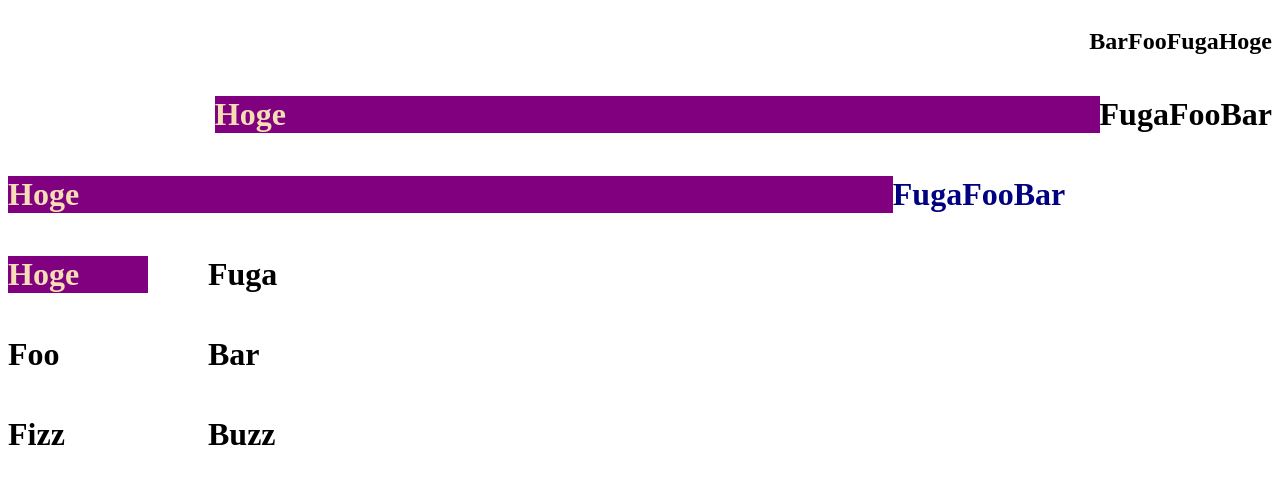
Repository: oubuzenmei/samurai_HTML-CSS
Page: index/images/hoge.html
The author's editor kept a record of every edit. The page is drawn from the files as they stood at one moment, then again after the next edit.
The browser window is 1280 px wide. The pictures show the whole page.

Above is the page before.

### index/images/hoge.html
<!DOCTYPE html>
<html lang="ja">
    <head>
        <style>
            h1:first-of-type {
                background-color: purple;
                color: wheat;
                width: 70%;
            }

            #flex-flow {
                display: flex;
                flex-flow: row-reverse wrap;
            }

            #flex-end {
                display: flex;
                justify-content: flex-end;
            }

            #stretch {
                display: flex;
                align-content: stretch;
                color: navy;
            }

            #grid {
                display: grid;
                grid-template-columns: 200px 200px;
            }
        </style>
    </head>
    <body>
        <div id="flex-flow">
            <h2>Hoge</h2>
            <h2>Fuga</h2>
            <h2>Foo</h2>
            <h2>Bar</h2>
        </div>

        <div id="flex-end">
            <h1>Hoge</h1>
            <h1>Fuga</h1>
            <h1>Foo</h1>
            <h1>Bar</h1>
        </div>

        <div id="stretch">
            <h1>Hoge</h1>
            <h1>Fuga</h1>
            <h1>Foo</h1>
            <h1>Bar</h1>
        </div>

        <div id="grid">
            <h1>Hoge</h1>
            <h1>Fuga</h1>
            <h1>Foo</h1>
            <h1>Bar</h1>
            <h1>Fizz</h1>
            <h1>Buzz</h1>
        </div>
    </body>
</html>

After the next edit:
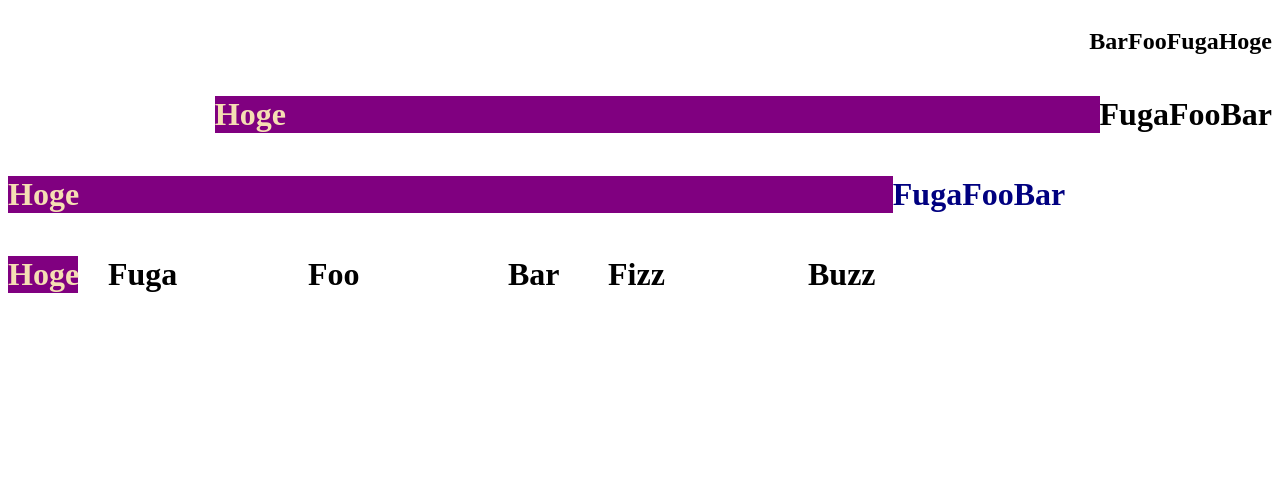
The edit:
--- a/index/images/hoge.html
+++ b/index/images/hoge.html
@@ -26,7 +26,7 @@
 
             #grid {
                 display: grid;
-                grid-template-columns: 200px 200px;
+                grid-template-columns: 100px 200px 200px 100px 200px 100px;
             }
         </style>
     </head>
